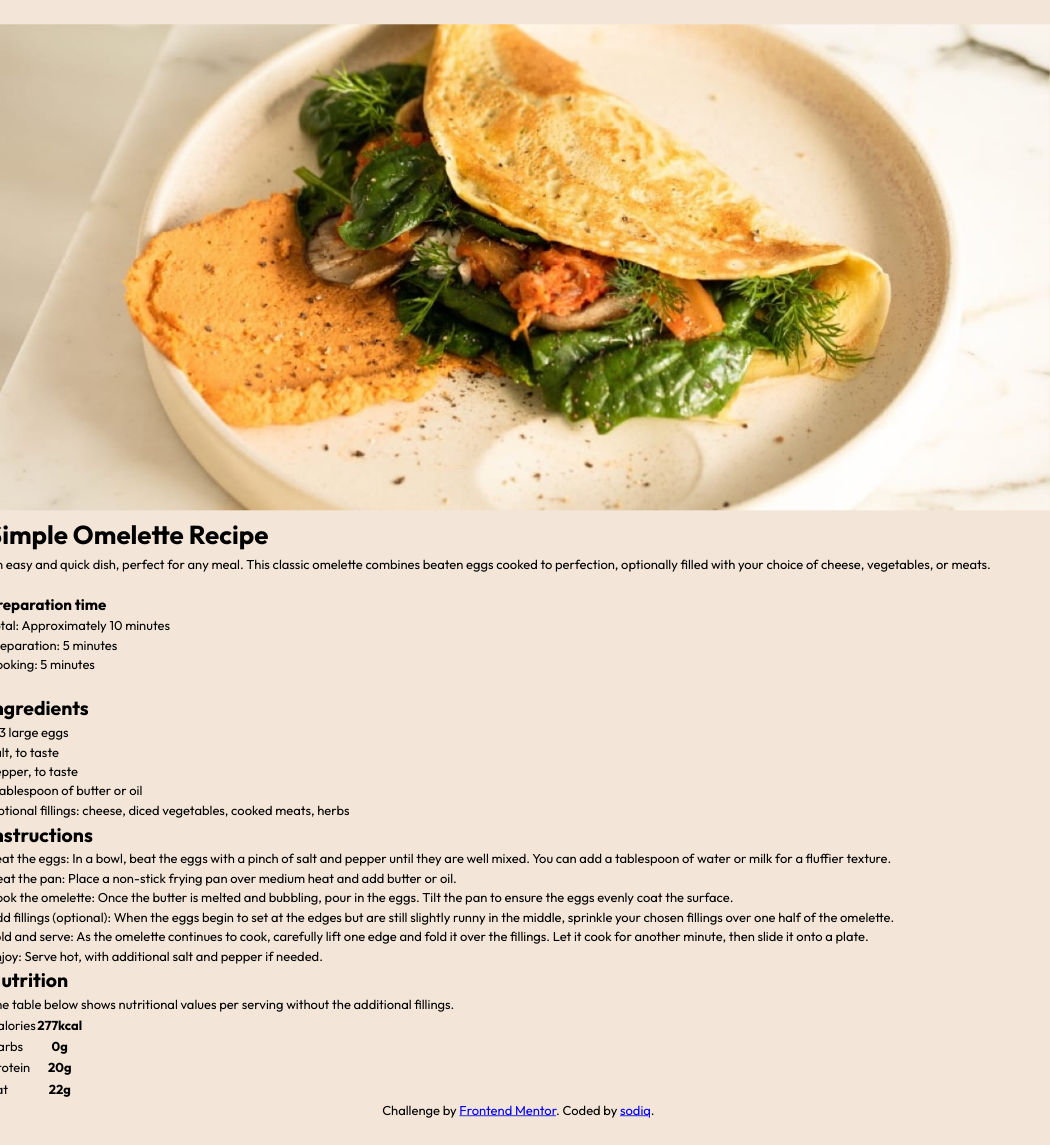
Repository: sodmaq/recipe-page-
Page: index.html
An editor plug-in stored every save of this project. The page is shown before and after the next save, followed by the edit.
The browser window is 1280 px wide. The page is 1296 px wide, so the pictures cover 1296 px, including what lies to the right of the window. The pictures show the whole page, at 81% of full size.

Above is the page before, as saved 2024-09-08 04:20:38.

### index.html
<!DOCTYPE html>
<html lang="en">
  <head>
    <meta charset="UTF-8" />
    <meta name="viewport" content="width=device-width, initial-scale=1.0" />
    <link rel="preconnect" href="https://fonts.googleapis.com" />
    <link rel="preconnect" href="https://fonts.gstatic.com" crossorigin />
    <link
      href="https://fonts.googleapis.com/css2?family=Outfit:wght@400;600;700&family=Young+Serif&display=swap"
      rel="stylesheet"
    />
    <link
      rel="icon"
      type="image/png"
      sizes="32x32"
      href="./assets/images/favicon-32x32.png"
    />
    <link rel="stylesheet" href="/style.css" />
    <title>Frontend Mentor | Recipe page</title>
  </head>
  <body>
    <main class="container">
      <img src="/assets/images/image-omelette.jpeg" alt="image-omelette" />
      <div class="heading-text">
        <h1 class="title">Simple Omelette Recipe</h1>
        <p class="paragraph">
          An easy and quick dish, perfect for any meal. This classic omelette
          combines beaten eggs cooked to perfection, optionally filled with your
          choice of cheese, vegetables, or meats.
        </p>
      </div>
      <div class="preparation-section">
        <h3>Preparation time</h3>
        <ul>
          <li><span>Total:</span> Approximately 10 minutes</li>
          <li><span>Preparation:</span> 5 minutes</li>
          <li><span>Cooking:</span> 5 minutes</li>
        </ul>
      </div>
      <section>
        <div class="ingredients">
          <h2>Ingredients</h2>
          <ul>
            <li>2-3 large eggs</li>
            <li>Salt, to taste</li>
            <li>Pepper, to taste</li>
            <li>1 tablespoon of butter or oil</li>
            <li>
              Optional fillings: cheese, diced vegetables, cooked meats, herbs
            </li>
          </ul>
        </div>
        <div class="instructions">
          <ol>
            <h2>Instructions</h2>
            <li>
              <span> Beat the eggs: </span> In a bowl, beat the eggs with a
              pinch of salt and pepper until they are well mixed. You can add a
              tablespoon of water or milk for a fluffier texture.
            </li>
            <li>
              <span> Heat the pan: </span>Place a non-stick frying pan over
              medium heat and add butter or oil.
            </li>
            <li>
              <span> Cook the omelette: </span> Once the butter is melted and
              bubbling, pour in the eggs. Tilt the pan to ensure the eggs evenly
              coat the surface.
            </li>
            <li>
              <span> Add fillings (optional):</span> When the eggs begin to set
              at the edges but are still slightly runny in the middle, sprinkle
              your chosen fillings over one half of the omelette.
            </li>
            <li>
              <span> Fold and serve:</span> As the omelette continues to cook,
              carefully lift one edge and fold it over the fillings. Let it cook
              for another minute, then slide it onto a plate.
            </li>
            <li>
              <span>Enjoy:</span> Serve hot, with additional salt and pepper if
              needed.
            </li>
          </ol>
        </div>
        <div class="nutrition-section">
          <h2>Nutrition</h2>
          <p>
            The table below shows nutritional values per serving without the
            additional fillings.
          </p>
          <table class="table">
            <tr>
              <td>Calories</td>
              <th>277kcal</th>
            </tr>
            <tr>
              <td>Carbs</td>
              <th>0g</th>
            </tr>
            <tr>
              <td>Protein</td>
              <th>20g</th>
            </tr>
            <tr>
              <td>Fat</td>
              <th>22g</th>
            </tr>
          </table>
        </div>
      </section>
    </main>

    <footer class="attribution">
      Challenge by
      <a href="https://www.frontendmentor.io?ref=challenge" target="_blank"
        >Frontend Mentor</a
      >. Coded by <a href="#">sodiq</a>.
    </footer>
  </body>
</html>

### style.css
* {
  margin: 0;
  padding: 0;
  box-sizing: border-box;
}

:root {
  /* Primary color */
  --Nutmeg-color: hsl(14, 45%, 36%);
  --Dark-Raspberry: hsl(332, 51%, 32%);

  /* Neutral color */
  --White-color: hsl(0, 0%, 100%);
  --Rose-White: hsl(330, 100%, 98%);
  --Eggshell-background-color: hsl(30, 54%, 90%);
  --Light-Grey: hsl(30, 18%, 87%);
  --Wenge-Brown: hsl(30, 10%, 34%);
  --Dark-Charcoal: hsl(24, 5%, 18%);
}
body {
  font-family: "Outfit", sans-serif;
  background-color: var(--Eggshell-background-color);
  padding: 1.9rem 2.5rem;
  min-height: 100vh;
  display: flex;
  justify-content: center;
  align-items: center;
  flex-direction: column;
  line-height: 1.5;
}
.preparation-section,
.ingredients {
  margin-top: 1.5rem;
}

After the next save:
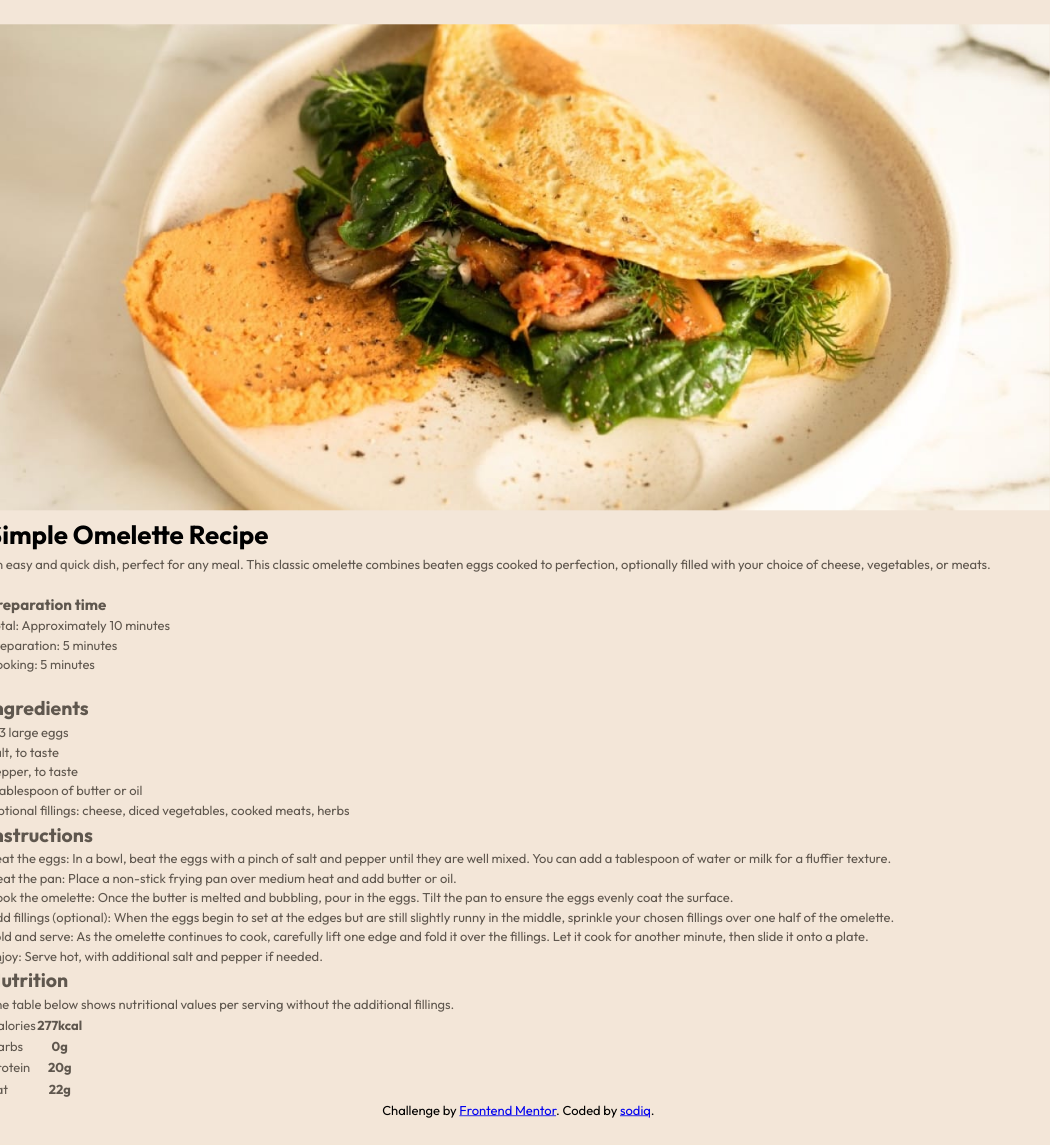
Saved 19 s later.
--- a/style.css
+++ b/style.css
@@ -32,3 +32,13 @@ body {
 .ingredients {
   margin-top: 1.5rem;
 }
+.paragraph,
+.ingredients,
+.instructions,
+.instructions li span,
+.preparation-section,
+.preparation-section li span,
+.nutrition-section,
+.gram {
+  color: var(--Wenge-Brown);
+}
